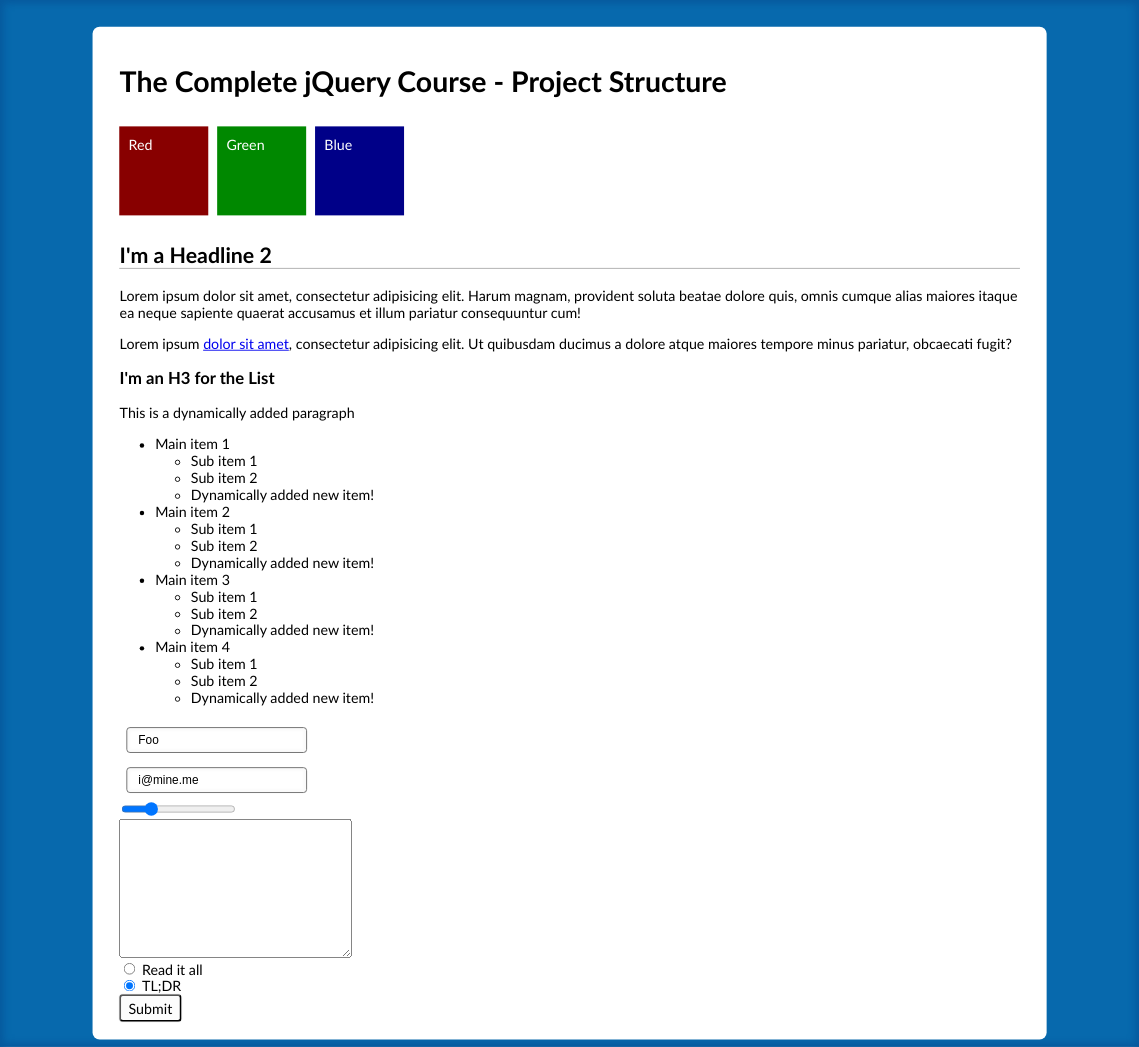
Repository: vpriyankaprabhu/Jquery-examples
Page: 06/delegated-events/index.html
The author's editor kept a copy of each file at every save. The page is drawn from the files as they stood at one save, then again after a run of saves.
The browser window is 1280 px wide. The pictures show the whole page, at 89% of full size.

Above is the page before, as saved 2024-12-30 16:33:04.

### 06/delegated-events/index.html
<!DOCTYPE html>
<html lang="en">
<head>
  <meta charset="UTF-8">
  <script src="https://code.jquery.com/jquery-1.12.3.min.js" integrity="sha256-aaODHAgvwQW1bFOGXMeX+pC4PZIPsvn2h1sArYOhgXQ=" crossorigin="anonymous"></script>
  <script src="js/script.js"></script>
  <link rel="stylesheet" href="css/style.css">
  <title>The Complete jQuery Course - Course Code</title>
</head>
<body>
  <div id="content">
    <h1>The Complete jQuery Course - Project Structure</h1>

    <div class="red-box">Red</div>
    <div class="green-box">Green</div>
    <div class="blue-box">Blue</div>
    <div class="clear"></div>

    <h2>I'm a Headline 2</h2>
    <p>Lorem ipsum dolor sit amet, consectetur adipisicing elit. Harum magnam, provident soluta beatae dolore quis, omnis cumque alias maiores itaque ea neque sapiente quaerat accusamus et illum pariatur consequuntur cum!</p>
    <p>Lorem ipsum <a id="link" title="An amazing link" href="/url">dolor sit amet</a>, consectetur adipisicing elit. Ut quibusdam ducimus a dolore atque maiores tempore minus pariatur, obcaecati fugit?</p>

    <h3>I'm an H3 for the List</h3>
    <!-- An unordered list with ID "list" -->
    <ul id="list">
      <li>Main item 1
        <ul>
          <li>Sub item 1</li>
          <li>Sub item 2</li>
        </ul></li>
      <li>Main item 2
        <ul>
          <li>Sub item 1</li>
          <li>Sub item 2</li>
        </ul></li>
      <li>Main item 3
        <ul>
          <li>Sub item 1</li>
          <li>Sub item 2</li>
        </ul></li>
      <li>Main item 4
        <ul>
          <li>Sub item 1</li>
          <li>Sub item 2</li>
        </ul></li>
    </ul>

    <!-- A form element without class or ID  -->
    <form action="">
      <input type="text" value="Foo"><br>
      <input type="email" value="i@mine.me"><br>
      <input type="range" min="1" max="10" value="3"><br>
      <textarea name="message" id="message" cols="30" rows="10"></textarea><br>
      <input type="radio" name="toc" value="read" id="read"> <label for="read">Read it all</label> <br>
      <input type="radio" name="toc" value="tldr" checked> <label for="tldr">TL;DR</label> <br>
      <input type="submit" value="Submit">
    </form>
</body>
</html>

### 06/delegated-events/js/script.js
$(function () {

  // The event handlers you've used so far are only attached to those elements
  // that exist at the time the code is executed. Thus, they won't work for
  // dynamically attached elements:
  $("p").click(function() {
    $(this).slideUp();
  });
  $("#list").before("<p>This is a dynamically added paragraph</p>");

  // To solve this, you can use delegated events. Here, you attach the handler
  // to a parent element that will always exist on the page. When the event
  // comes in, the parent then delegates the event to all defined children.
  // For this, you must use the on() function, and pass in which children should
  // handle the event. For instance, all <li> tags inside #content:
  $("#content").on("click", "li li", function() {
    $(this).slideUp();
  });

  $("#list ul").append("<li>Dynamically added new item!</li>");

});

### 06/delegated-events/css/style.css
.lightbox {
  position: absolute;
  top: 0;
  left: 0;
  display: none;
  width: 30%;
  height: 60%;
  padding: 15% 35% 25% 35%;
  color: #000000;
  background-color: rgba(200, 100, 0, 0.9);
  text-align: center;
  text-shadow: #333 0 1px 0; }

.red-box {
  float: left;
  width: 80px;
  height: 80px;
  margin: 10px 10px 10px 0;
  padding: 10px;
  color: #ffffff;
  background-color: #880000; }

.green-box {
  float: left;
  width: 80px;
  height: 80px;
  margin: 10px 10px 10px 0;
  padding: 10px;
  color: #ffffff;
  background-color: #008800; }

.blue-box {
  float: left;
  width: 80px;
  height: 80px;
  margin: 10px 10px 10px 0;
  padding: 10px;
  color: #ffffff;
  background-color: #000088; }

.large {
  font-size: 125%;
}

.emphasize {
  color: #666;
  font-style: italic;
}

fieldset {
  border-radius: 4px;
  -moz-border-radius: 4px;
  -webkit-border-radius: 4px; }

label {
  display: inline-block;
  min-width: 100px; }

input[type="text"], input[type="email"], input[type="password"], input[type="tel"] {
  margin: 8px;
  padding: 6px 12px;
  outline: none;
  border: 1px solid #666;
  border-radius: 4px;
  box-shadow: inset 0 0 3px 3px #fafafa; }

input[type="submit"] {
  font-family: "Trebuchet MS", Verdana, Arial, sans-serif;
  font-size: 16px;
  padding: 4px 8px;
  background-color: #fcfcfc;
  box-shadow: 0 0 1px 0 #aaa;
  -webkit-border-radius: 4px;
  -moz-border-radius: 4px;
  border-radius: 4px; }
  input[type="submit"]:hover {
    background-color: #f4f4f4;
    box-shadow: 0 0 1px 0 #ccc; }

html {
  min-height: 100%;
  background-color: #0769ad;
  box-shadow: 0 0 8px 4px #06599d inset; }

body {
  font-size: 16px;
  font-family: "Trebuchet MS", Verdana, Arial, sans-serif; }

.clear {
  clear: both; }

#content {
  overflow: auto;
  width: 80%;
  background-color: #fff;
  margin: 30px auto 0 auto;
  padding: 20px 30px;
  border-radius: 8px;
  -moz-border-radius: 8px;
  -webkit-border-radius: 8px; }

h1 {
  color: #000; }

h2 {
  border-bottom: 1px solid #aaa; }

#dashboard {
  position: absolute;
  width: 120px;
  height: 60%;
  left: -140px;
  top: 100px;
  padding: 20px;
  border-radius: 0 6px 6px 0;
  box-shadow: 0 0 3px 3px #f0f0f0;
  background-color: #999; }

.fancy-link {
  display: inline-block;
  text-decoration: none;
  color: #111199; }

.fancy-link:after {
  display: block;
  content: '';
  border-bottom: solid 1px #22a;
  transform: scaleX(0.0001);
  transition: transform 250ms ease-in-out; }

.fancy-link:hover:after {
  transform: scaleX(1); }

/*# sourceMappingURL=style.css.map */

After the next 6 saves:
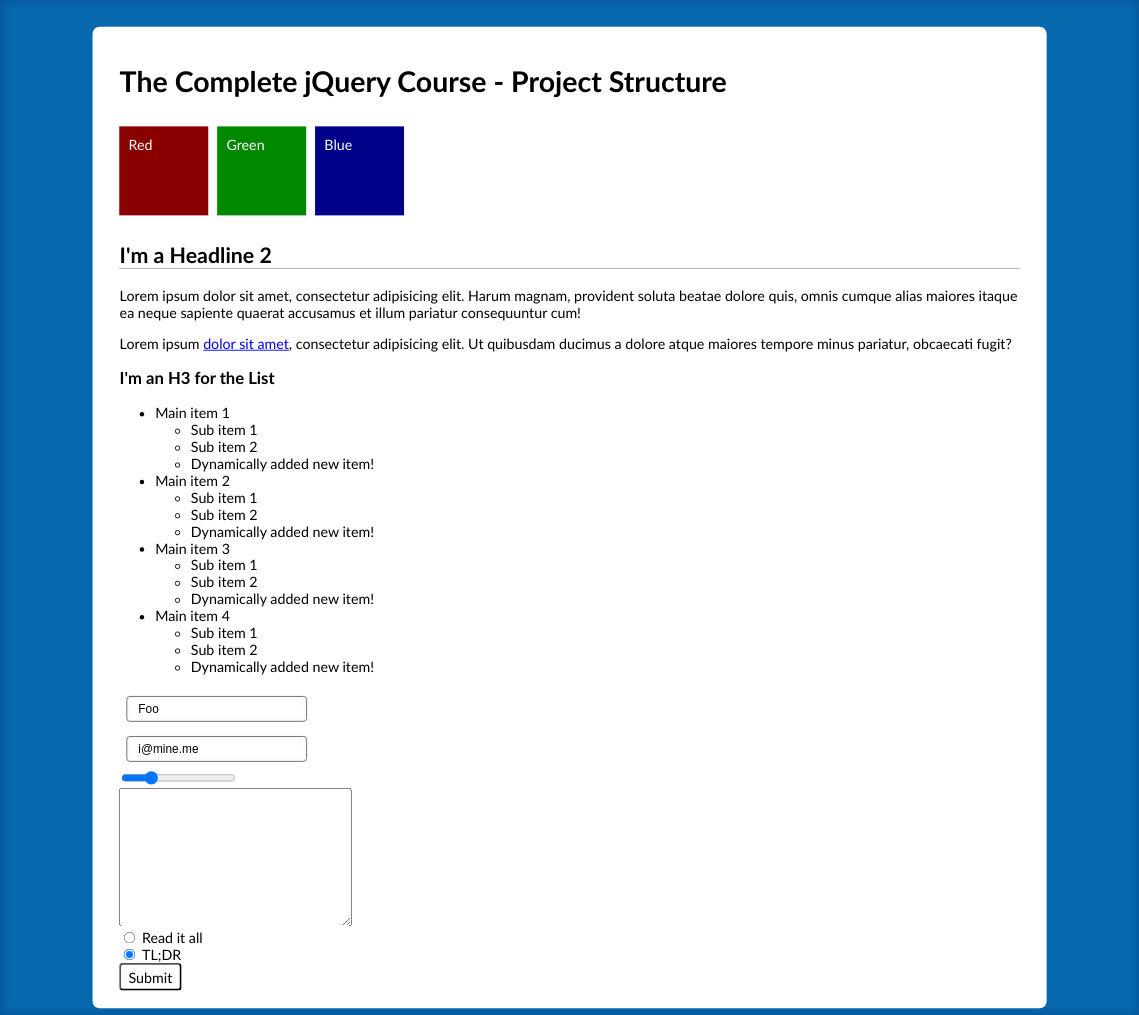
The 6 saves are shown as one change because they came seconds apart.
The last was saved 6 min 1 s later.
--- a/06/delegated-events/js/script.js
+++ b/06/delegated-events/js/script.js
@@ -3,10 +3,14 @@
   // The event handlers you've used so far are only attached to those elements
   // that exist at the time the code is executed. Thus, they won't work for
   // dynamically attached elements:
-  $("p").click(function() {
-    $(this).slideUp();
-  });
-  $("#list").before("<p>This is a dynamically added paragraph</p>");
+  //BEFORE
+  // $("p").click(function() {
+  //   $(this).slideUp();
+  // });
+  // $("#list").before("<p>This is a dynamically added paragraph</p>");
+
+  //AFTER
+
 
   // To solve this, you can use delegated events. Here, you attach the handler
   // to a parent element that will always exist on the page. When the event

After the 2 saves that followed:
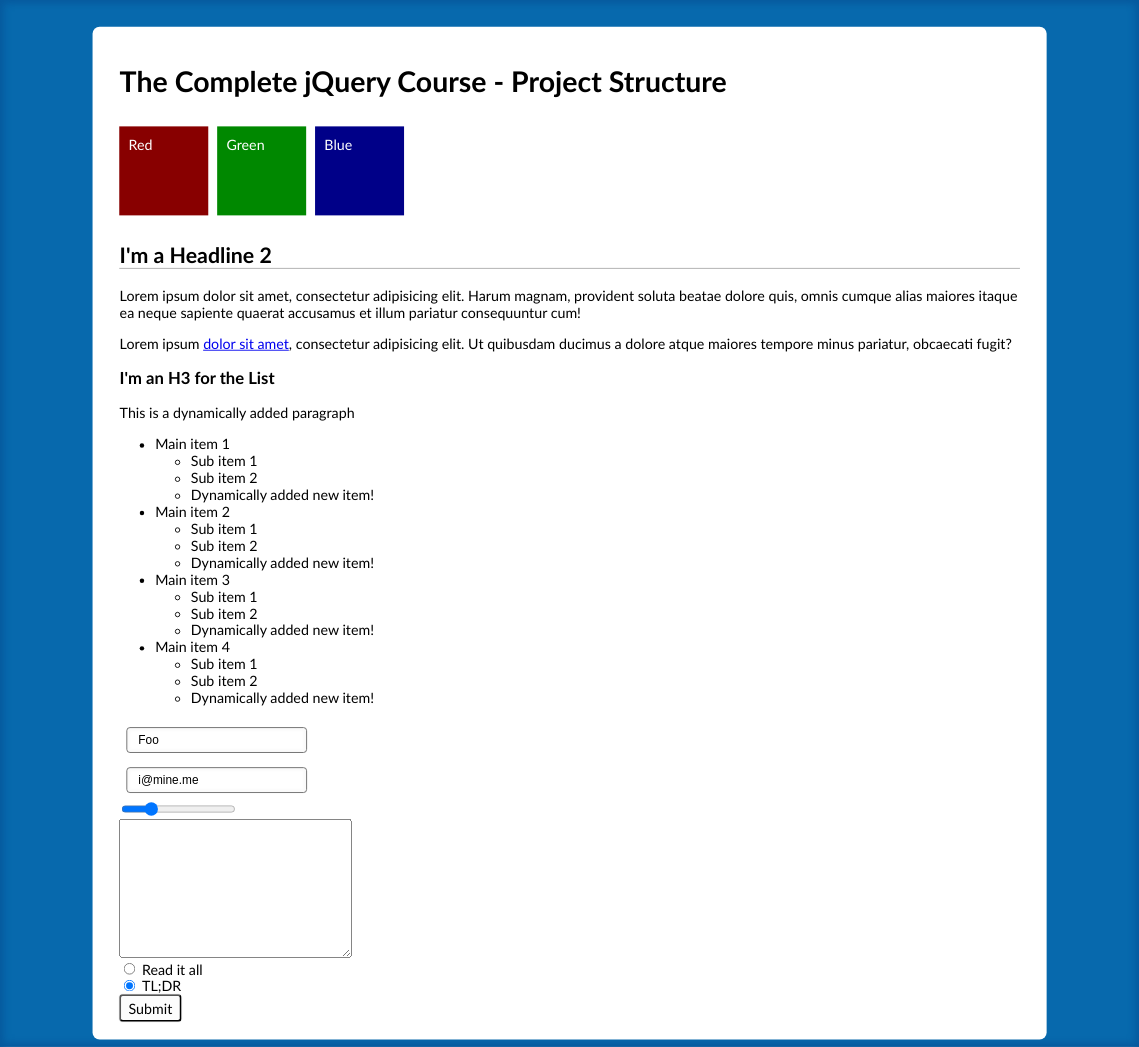
The 2 saves are shown as one change because they came seconds apart.
The last was saved 9 s later.
--- a/06/delegated-events/js/script.js
+++ b/06/delegated-events/js/script.js
@@ -10,6 +10,10 @@
   // $("#list").before("<p>This is a dynamically added paragraph</p>");
 
   //AFTER
+  $("p").click(function() {
+    $(this).slideUp();
+  });
+  $("#list").before("<p>This is a dynamically added paragraph</p>");
 
 
   // To solve this, you can use delegated events. Here, you attach the handler
